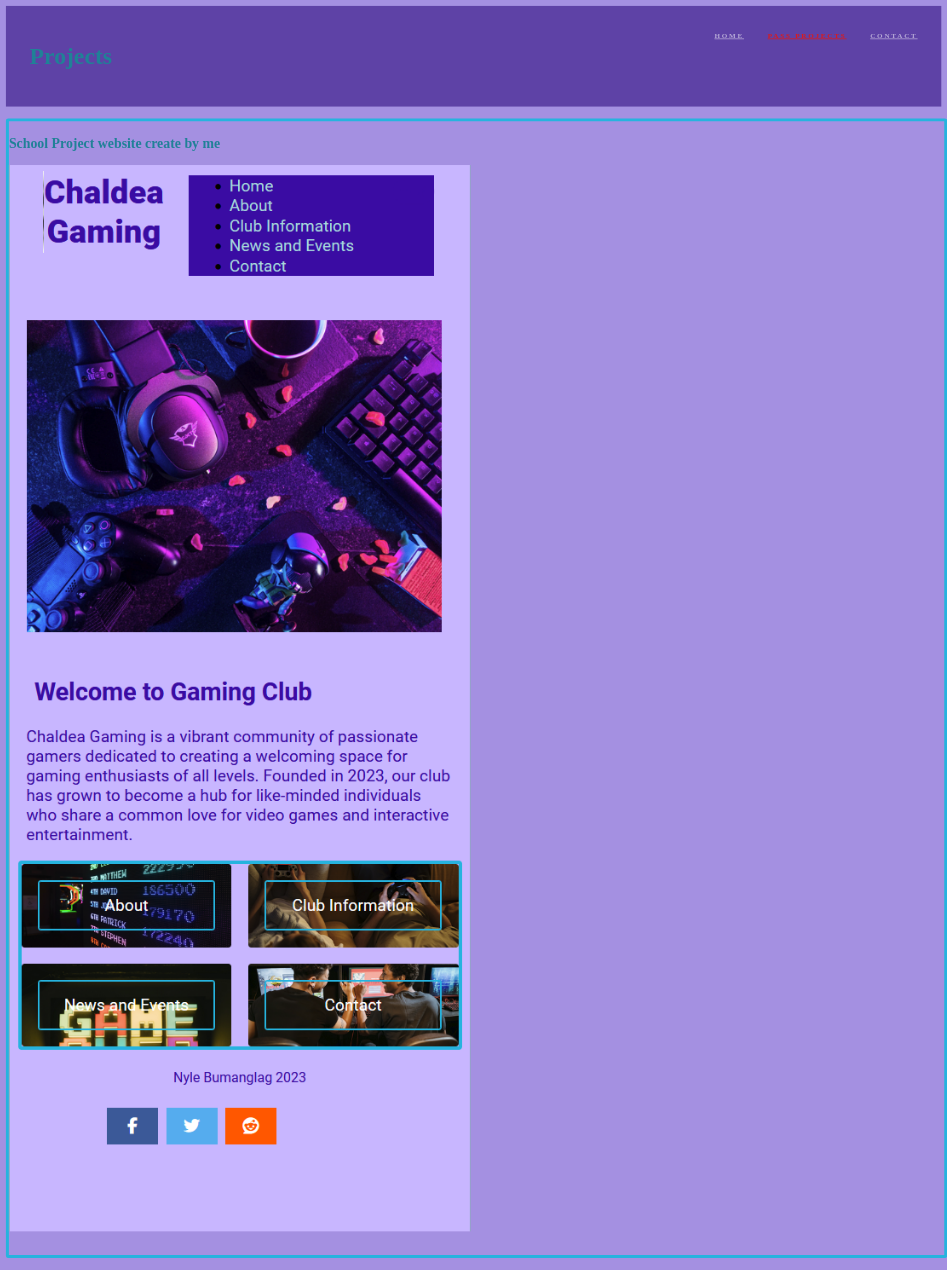
Repository: NyleNC/main
Page: projects.html
These files come from the project's save history. The page is drawn as it stood at one moment and after the next save; the edit follows.
The browser window is 1280 px wide. The pictures show the whole page, at 74% of full size.

Above is the page before, as saved 2024-11-07 00:38:32.

### projects.html
<!DOCTYPE html>
<html lang="en">
<head>
    <meta charset="UTF-8">
    <meta name="viewport" content="width=device-width, initial-scale=1.0">
    <title>Nyle Bumanglag</title>
    <link rel="stylesheet" href="style.css">
</head>
<header id="header"><h1>Projects</h1>
    <nav>
        <ul>
            <li><a href="index.html">Home</a></li>
            <li><a href="projects.html" class="active">Pass Projects</a></li>
            <li><a href="Contact.html">Contact</a></li>
        </ul>
    </nav>
</header>
<body>
    <section >
        <div class="container">
            <div >
            <h3>School Project website create by me </h3>
            <img src="Images/website.png" alt="website"class="image-fit" >
        </div>
        </div>



    </section>
</body>
</html>

### style.css
body{
    background: #a490e1;
    color: rgb(32, 129, 151);
}
#header {
display: -moz-flex;
display: -webkit-flex;
display: -ms-flex;
display: flex;
background-color: #5e42a6;
cursor: default;
padding: 1.75em 2em;
}

#header > .title {
border: 0;
color: #ffffff;
 display: block;
font-size: 1.25em;
font-weight: bold;
}

#header > nav {
-moz-flex: 1;
-webkit-flex: 1;
-ms-flex: 1;
flex: 1;
text-align: right;
}
 #header > nav > ul {
 margin: 0;
padding: 0;
}

 #header > nav > ul > li {
 display: inline-block;
margin-left: 1.75em;
 padding: 0;
vertical-align: middle;
}

#header > nav > ul > li:first-child {
margin-left: 0;
}

#header > nav > ul > li a {
  border: 0;
color: rgba(255, 255, 255, 0.542);
display: inline-block;
 font-size: 0.6em;
font-weight: bold;
letter-spacing: 0.25em;
text-transform: uppercase;
}
 #header > nav > ul > li a:hover {
color: rgb(144, 225, 164)
}
#header > nav > ul > li a.active {
color: #dd1a1a;
}

.image-fit {
 display: block;
 margin: 0 0 2em 0;
 width: 100%;
}
.container{
    margin: 1em auto;
    gap: 1em;
    display: grid;
    grid-template-columns:  1fr 1fr;
	width: 100%;
    height: auto;
    border: 4px solid #26b3de;
    border-radius:3px;
}

After the next save:
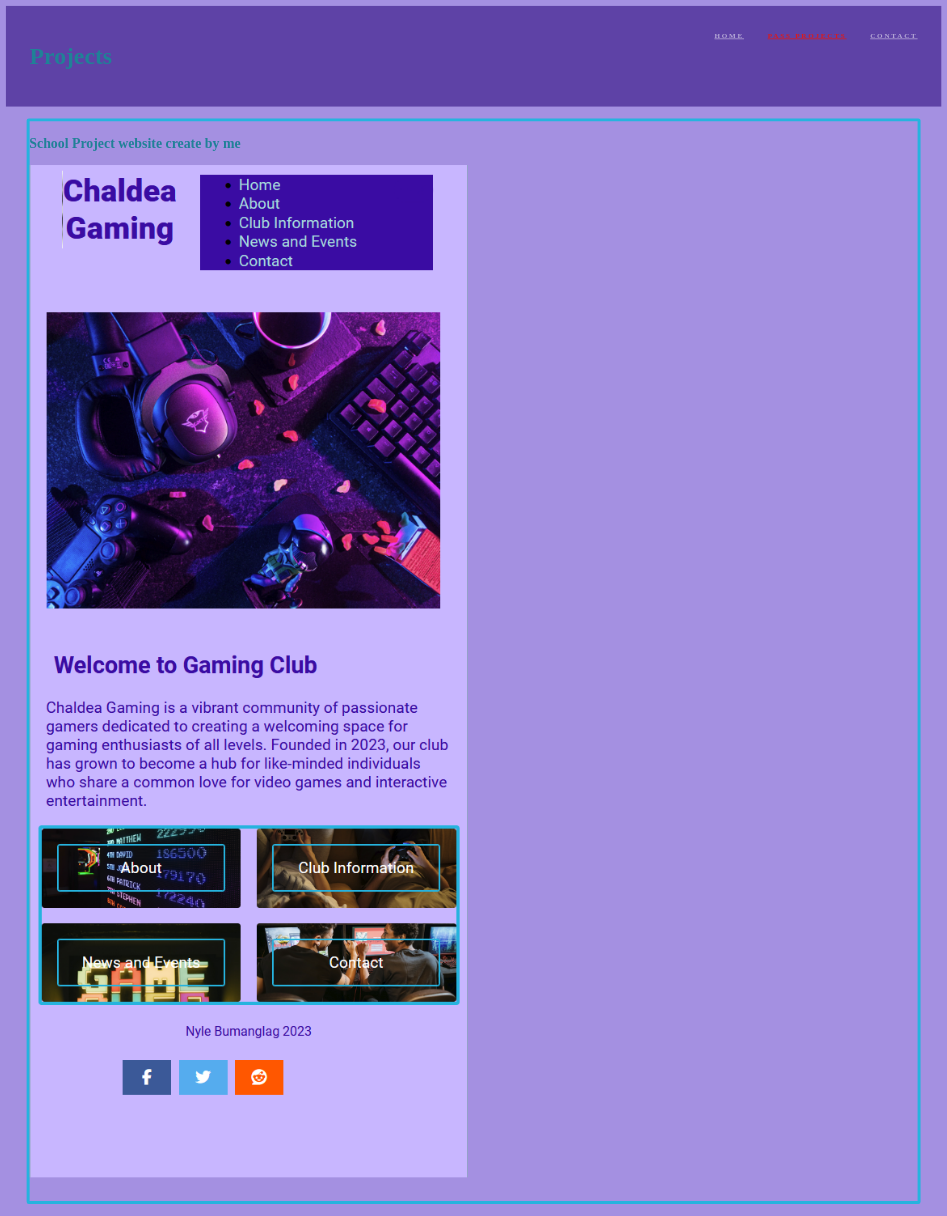
Saved 5 s later.
--- a/style.css
+++ b/style.css
@@ -69,7 +69,7 @@ color: #dd1a1a;
     gap: 1em;
     display: grid;
     grid-template-columns:  1fr 1fr;
-	width: 100%;
+	width: 95%;
     height: auto;
     border: 4px solid #26b3de;
     border-radius:3px;
